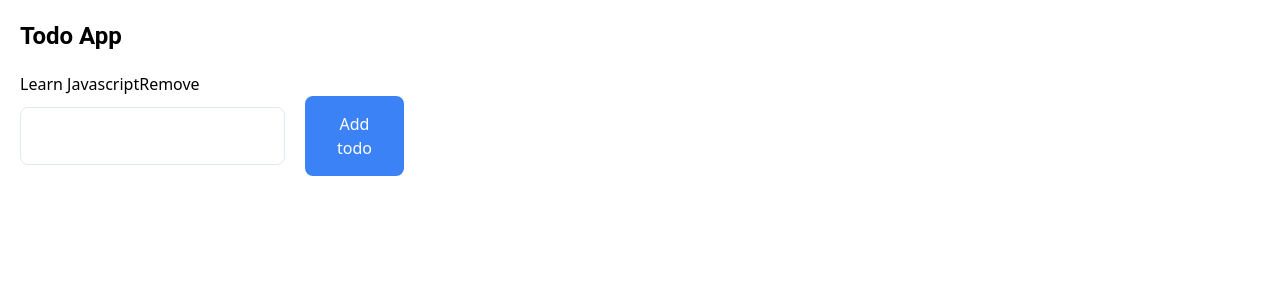
Repository: vophuocthanh/react-typescript
Page: /
An editor plug-in stored every save of this project. The page is shown before and after the next save, followed by the edit.
The browser window is 1280 px wide. The pictures show the whole page.
The project was rebuilt for these pictures with package versions that can differ from the ones it lists, and the page was loaded fresh each time. Also part of the build but not shown: vite.config.ts.

Above is the page before, as saved 2023-04-04 23:37:55.

After the next save:
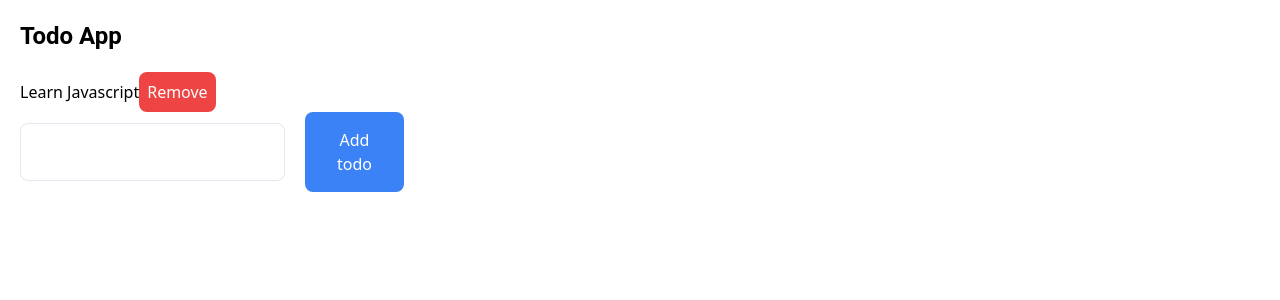
Saved 33 s later.
--- a/src/App.tsx
+++ b/src/App.tsx
@@ -10,7 +10,9 @@ const App = () => {
         <div className="nb-5">
           <div className="flex items-center">
             <span>Learn Javascript</span>
-            <button>Remove</button>
+            <button className="p-2 rounded-lg bg-red-500 text-white">
+              Remove
+            </button>
           </div>
         </div>
         <div className="flex items-center gap-x-5">
